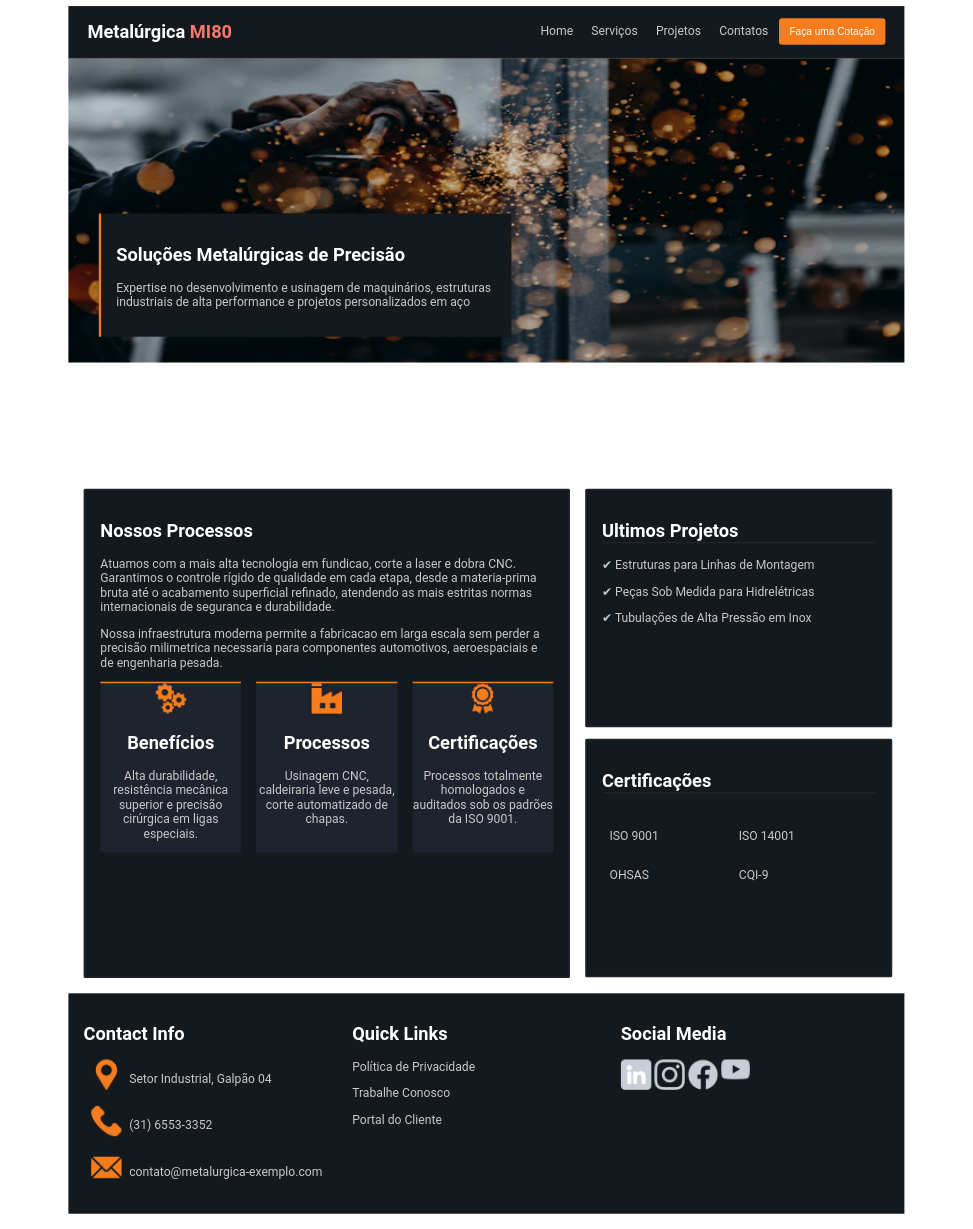
Repository: guiCherpinski/landing-page-metalurgica
Page: index.html
An editor plug-in stored every save of this project. The page is shown before and after a run of saves, followed by the edit.
The browser window is 1280 px wide. The pictures show the whole page, at 76% of full size.

Above is the page before, as saved 2026-06-08 15:26:11.

After the next 4 saves:
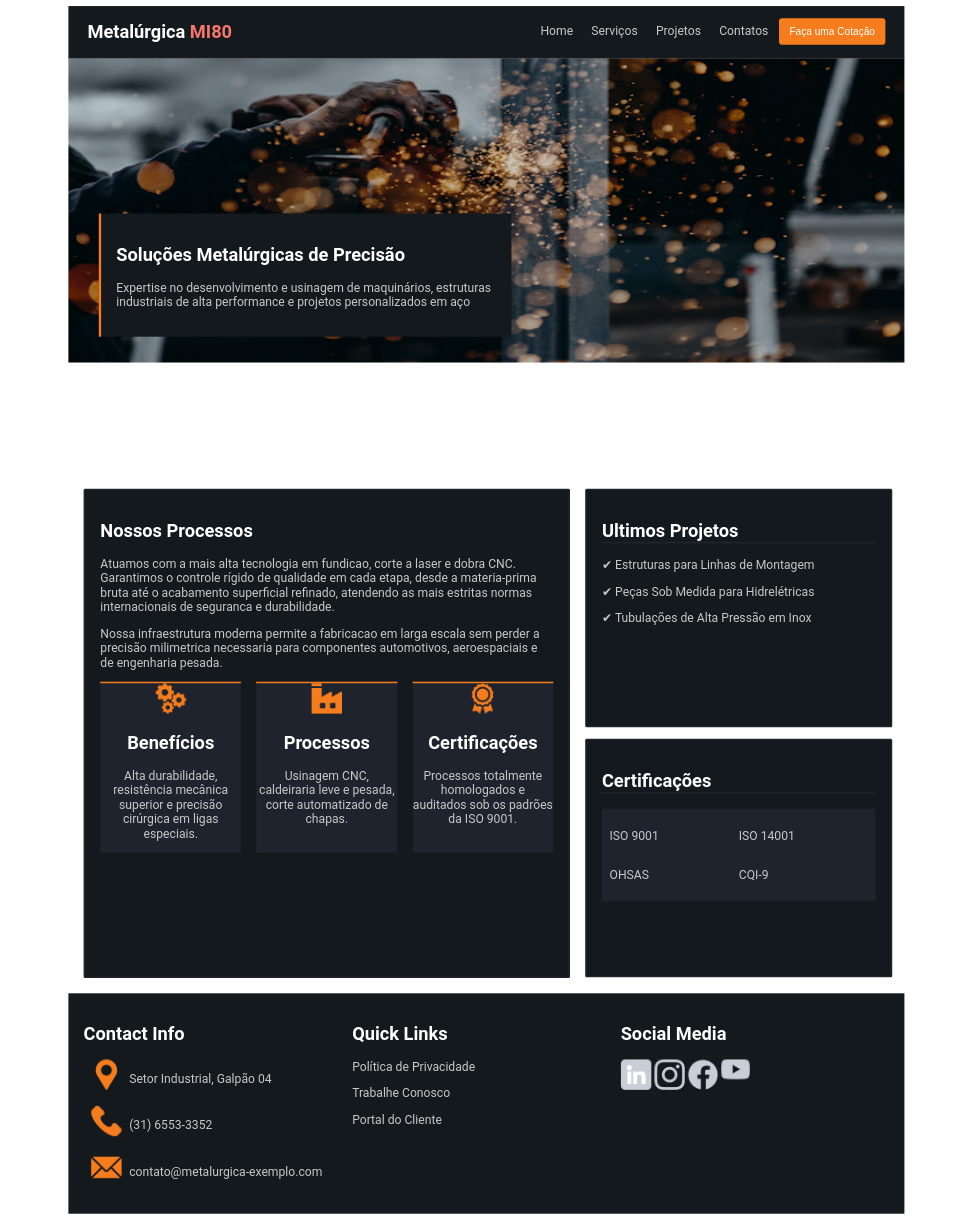
The 4 saves are shown as one change because they came seconds apart.
The last was saved 17 s later.
--- a/style.css
+++ b/style.css
@@ -197,5 +197,5 @@ header button:hover{
     display: grid;
     grid-template-columns: 1fr 1fr;
     padding: 10px;
-
-}
+    background: #1E232D;
+}
